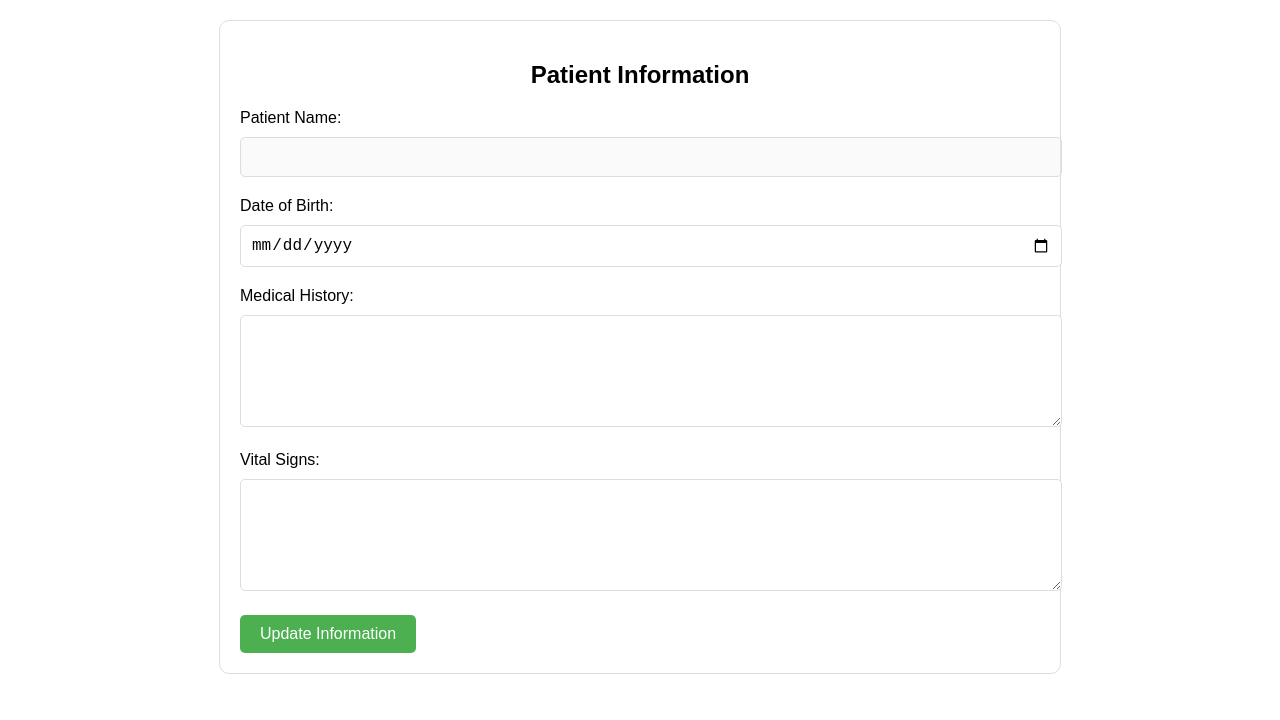
Repository: jaytriggz/Hospital-Management-System
Page: public/view_update_patient_info.html
These files come from the project's save history. The page is drawn as it stood at one moment and after the next save; the edit follows.
The browser window is 1280 px wide. The pictures show the whole page.
The page's requests for data from a server got no answer.

Above is the page before, as saved 2024-07-15 20:48:34.

After the next save:
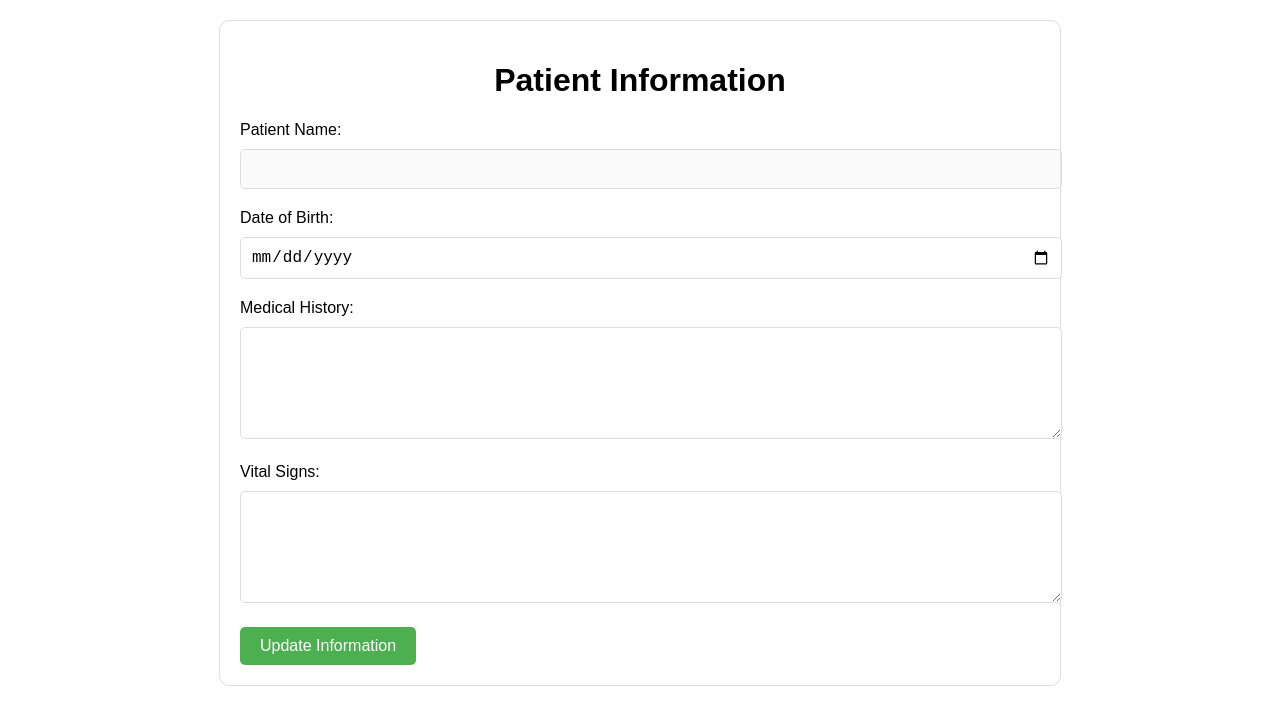
Saved 4 s later.
--- a/public/view_update_patient_info.html
+++ b/public/view_update_patient_info.html
@@ -48,7 +48,7 @@
     <div class="container">
 
 
-        <h2>Patient Information</h2>
+        <h1>Patient Information</h2>
         <form id="patientInfoForm">
             <label for="patientName">Patient Name:</label>
             <input type="text" id="patientName" name="patientName" disabled><br>
